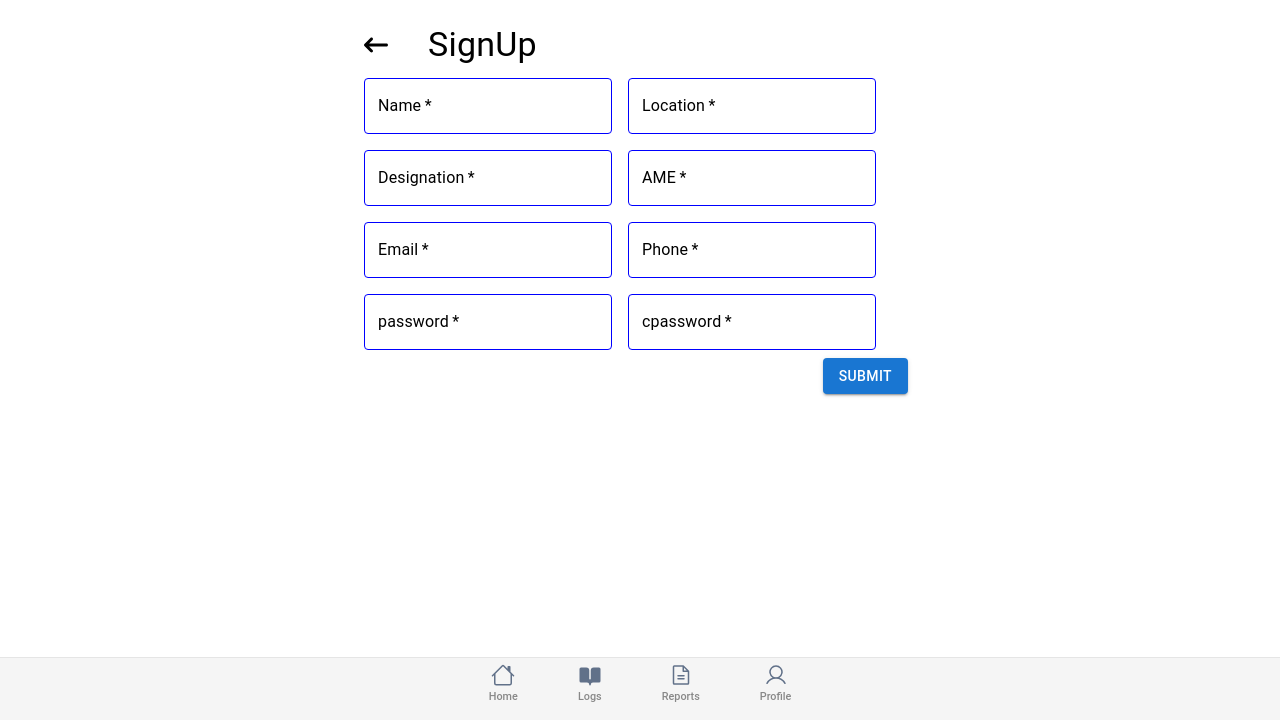
Repository: shash0708/GMR-Lines
Page: /signup (app in frontend/)
These files come from the project's save history. The page is drawn as it stood at one moment and after the next save; the edit follows.
The browser window is 1280 px wide. The pictures show the whole page.
The page's requests for data from a server got no answer. Some web libraries are served in a nearby version. The project was rebuilt for these pictures with package versions that can differ from the ones it lists, and the page was loaded fresh each time. No one was signed in, and anything a server would have sent is missing. Also part of the build but not shown: frontend/src/components/Home/Car.css, frontend/src/components/Home/Car.jsx, frontend/src/components/hooks/useDocumentTitle.js, frontend/src/components/Home/Home.css, frontend/src/components/Home/Home.component.jsx, frontend/src/components/Form/Form.component.jsx, frontend/src/components/Profile/Profile.jsx, frontend/src/components/Card/Card.jsx and 11 more.

Above is the page before, as saved 2024-10-20 14:53:55.

### frontend/public/index.html
<!DOCTYPE html>
<html lang="en">
  <head>
    <meta charset="utf-8" />
    <link rel="icon" href="%PUBLIC_URL%/favicon.ico" />
    <meta name="viewport" content="width=device-width, initial-scale=1" />
    <meta name="theme-color" content="#000000" />
    <meta name="description" content="Web site created using create-react-app" />
    <link rel="apple-touch-icon" href="%PUBLIC_URL%/logo192.png" />
    <!--
      manifest.json provides metadata used when your web app is installed on a
      user's mobile device or desktop. See https://developers.google.com/web/fundamentals/web-app-manifest/
    -->
    <link rel="manifest" href="%PUBLIC_URL%/manifest.json" />
    <!--
      Notice the use of %PUBLIC_URL% in the tags above.
      It will be replaced with the URL of the `public` folder during the build.
      Only files inside the `public` folder can be referenced from the HTML.

      Unlike "/favicon.ico" or "favicon.ico", "%PUBLIC_URL%/favicon.ico" will
      work correctly both with client-side routing and a non-root public URL.
      Learn how to configure a non-root public URL by running `npm run build`.
    -->
    <link href="https://cdn.jsdelivr.net/npm/bootstrap@5.3.3/dist/css/bootstrap.min.css" rel="stylesheet" integrity="sha384-QWTKZyjpPEjISv5WaRU9OFeRpok6YctnYmDr5pNlyT2bRjXh0JMhjY6hW+ALEwIH" crossorigin="anonymous">
    <link rel="stylesheet" href="https://cdnjs.cloudflare.com/ajax/libs/font-awesome/6.0.0-beta3/css/all.min.css">

    <title>Log Book</title>
  </head>
  <script src="https://cdn.jsdelivr.net/npm/bootstrap@5.3.3/dist/js/bootstrap.bundle.min.js" integrity="sha384-YvpcrYf0tY3lHB60NNkmXc5s9fDVZLESaAA55NDzOxhy9GkcIdslK1eN7N6jIeHz" crossorigin="anonymous"></script>
  <script src="https://cdn.jsdelivr.net/npm/@popperjs/core@2.11.8/dist/umd/popper.min.js" integrity="sha384-I7E8VVD/ismYTF4hNIPjVp/Zjvgyol6VFvRkX/vR+Vc4jQkC+hVqc2pM8ODewa9r" crossorigin="anonymous"></script>
  <script src="https://cdn.jsdelivr.net/npm/bootstrap@5.3.3/dist/js/bootstrap.min.js" integrity="sha384-0pUGZvbkm6XF6gxjEnlmuGrJXVbNuzT9qBBavbLwCsOGabYfZo0T0to5eqruptLy" crossorigin="anonymous"></script>
  <script src="https://cdn.tailwindcss.com?plugins=forms,container-queries"></script>

  <body>
    <noscript>You need to enable JavaScript to run this app.</noscript>
    <div id="root"></div>
    <!--
      This HTML file is a template.
      If you open it directly in the browser, you will see an empty page.

      You can add webfonts, meta tags, or analytics to this file.
      The build step will place the bundled scripts into the <body> tag.

      To begin the development, run `npm start` or `yarn start`.
      To create a production bundle, use `npm run build` or `yarn build`.
    -->
  </body>
</html>

### frontend/src/index.js
import React from 'react';
import ReactDOM from 'react-dom/client';
import './index.css';
import App from './App';
import * as serviceWorkerRegistration from './serviceWorkerRegistration';
import reportWebVitals from './reportWebVitals';
import { ThemeProvider, createTheme } from '@mui/material/styles';

const root = ReactDOM.createRoot(document.getElementById('root'));
const theme = createTheme({
  palette: {
    primary: {
      main: '#1976d2',
    },
    secondary: {
      main: '#dc004e',
    },
  },
});
root.render(
  <React.StrictMode>
      <ThemeProvider theme={theme}>

    <App />
    </ThemeProvider>
  </React.StrictMode>
);

// If you want your app to work offline and load faster, you can change
// unregister() to register() below. Note this comes with some pitfalls.
// Learn more about service workers: https://cra.link/PWA
serviceWorkerRegistration.unregister();

// If you want to start measuring performance in your app, pass a function
// to log results (for example: reportWebVitals(console.log))
// or send to an analytics endpoint. Learn more: https://bit.ly/CRA-vitals
reportWebVitals();

### frontend/src/App.js
import './App.css';
import { useState,useEffect } from 'react';
import { BrowserRouter as Router, Route, Routes } from 'react-router-dom';
import 'primereact/resources/themes/saga-blue/theme.css';
import 'primereact/resources/primereact.min.css';
import { PrimeReactProvider } from 'primereact/api';
import Home from '../src/components/Home/Home.component';
import Form from './components/Form/Form.component';
import { ToastContainer } from 'react-toastify';
import 'react-toastify/dist/ReactToastify.css';
import Profile from './components/Profile/Profile.jsx'
import Cards from './components/Card/Card.component';
import Data from './components/Data/Data.component';
import Navbar from './components/Header/Header.component';
import EditProfile from './components/ProfileEdit/ProEdit.jsx';
import Login from './components/Login/Login.component';
import Signup from './components/SignUp/Signup.component';
import PdfComponent from './components/Pdf/PdfComponent';
import { LogsProvider } from './context/LogContext';
import Footer from './components/Footer/Footer.component';
import { useLocation } from 'react-router-dom';
import Logup from './components/Update/Update.jsx'
const App = () => {
  return (
    <LogsProvider>
      <PrimeReactProvider>
        <Router>
          <Content />
          <ToastContainer /> {/* Place this once in your app */}

        </Router>
      </PrimeReactProvider>
    </LogsProvider>
  );
};

const Content = () => {
  const location = useLocation();
  var [showFooter, setShowFooter] = useState(false);

  // Check if the current path is "/form"
  // showFooter = location.pathname !== "/form" ;
  // showFooter = location.pathname !== "/log/:id";



  // const [showFooter, setShowFooter] = useState(true);

  useEffect(() => {
    // Hide the footer for specific paths
    const hideFooterPaths = ["/form", "/log"];

    // Check if the current path matches any path where the footer should be hidden
    const shouldShowFooter = !hideFooterPaths.some((path) =>
      location.pathname.startsWith(path)
    );

    setShowFooter(shouldShowFooter);
  }, [location.pathname]);


  // This function will check the scroll position
  // const handleScroll = () => {
  //   // Show the footer if the user scrolls down more than 100px
  //   if (window.scrollY > 100) {
  //     setShowFooter(true);
  //   } else {
  //     setShowFooter(false);
  //   }
  // };

  // useEffect(() => {
  //   // Add the scroll event listener when the component mounts
  //   window.addEventListener('scroll', handleScroll);

  //   // Cleanup the event listener when the component unmounts
  //   return () => {
  //     window.removeEventListener('scroll', handleScroll);
  //   };
  // }, []); // Empty dependency array ensures this runs only once when the component mounts


  return (
    <>
      <Routes>
        {/* <Navbar/> */}
        <Route path="/" element={<Home />} />
        <Route path='/login' element={<Login />} />
        <Route path='/signup' element={<Signup />} />
        <Route path="/form" element={<Form />} />
        <Route path="/past-records" element={<Cards />} />
        {/* <Route path="/log/:id" element={<Data />} /> */}
        <Route path="/pdf" element={<PdfComponent />} />
        <Route path="/log/:id"   element={<Logup/>}/>
        <Route path="/profile"  element={<Profile/>}/>
        <Route path="/edit" element={<EditProfile/>}/>
      </Routes>
      {showFooter && <Footer />} {/* Conditionally render the footer */}
    </>
  );
};

export default App;

### frontend/src/App.css
body {
    font-family: 'Roboto', sans-serif;

    background-color: white ;
    background-size: cover;
    min-height: 100vh;

  }

### frontend/src/components/SignUp/Signup.component.jsx
import React, { useState } from 'react';
import axios from 'axios';
import {
  TextField,
  MenuItem,
  Select,
  InputLabel,
  FormControl,
  Button,
  Container,
  Typography,
  Grid,
  DialogActions,
} from '@mui/material';
import { FaArrowLeftLong } from 'react-icons/fa6';
import { useNavigate } from 'react-router-dom';
import { toast } from 'react-toastify';

const Signup = () => {
  const [formState, setFormState] = useState({
    Name: '',
    Location: '',
    Designation: '',
    AME: '',
    Email: '',
    Phone: '',
    password:'',
    cpassword:'',

  });
  const navigate = useNavigate();
  const URL = 'your_api_url_here'; // Replace with your API URL

  // Handle input change
  const handleInputChange = (e) => {
    const { name, value } = e.target;
    setFormState((prevState) => ({ ...prevState, [name]: value }));
  };

  // Function to create a user and store AME in localStorage
  const handleCreateUser = async () => {
    try {
      const response = await axios.post(`${URL}/api/createuser`, formState, {
        headers: {
          'Content-Type': 'application/json',
        },
      });

      // Assuming the response contains the AME in the response data
      const { AME } = response.data;

      // Store AME in localStorage
      localStorage.setItem('AME', AME);

      toast.success('User created successfully!');
      navigate('/profile'); // Redirect to profile or another page after creation
    } catch (error) {
      toast.error('Error creating user');
      console.error('Error creating user:', error);
    }
  };

  return (
    <Container
      maxWidth="sm"
      sx={{
        backgroundColor: 'white',
        padding: 3,
        borderRadius: 2,
        boxShadow: 'none',
      }}
    >
      <Typography
        variant="h4"
        gutterBottom
        sx={{
          color: 'Black',
          textAlign: 'center',
          display: 'flex',
          alignItems: 'center',
          gap: '40px',
        }}
      >
        <FaArrowLeftLong
          style={{ fontSize: '24px' }}
          onClick={() => window.history.back()}
        />
SignUp      </Typography>
      <form>
        <Grid container spacing={2}>
          {Object.keys(formState)
            .filter((field) => !['Id', 'createdAt', 'updatedAt', '__v'].includes(field)) // Filter out unwanted fields
            .map((field) =>
              field === 'TOM' || field === 'CPU' ? (
                <Grid item xs={12} key={field}>
                  <FormControl fullWidth>
                    <InputLabel
                      id={`${field}-label`}
                      sx={{ color: 'Black' }}
                    >
                      {field}
                    </InputLabel>
                    <Select
                      labelId={`${field}-label`}
                      id={field}
                      name={field}
                      value={formState[field] || ''} // Ensure the value is set, defaulting to an empty string
                      onChange={handleInputChange}
                      required
                      sx={{
                        '& .MuiSelect-select': {
                          color: 'black',
                          backgroundColor: 'white',
                        },
                        '& .MuiOutlinedInput-notchedOutline': {
                          borderColor: 'blue',
                        },
                        '& .MuiSelect-icon': { color: 'white' },
                        '& .MuiFormLabel-root.Mui-focused': {
                          color: 'white',
                        },
                        '& .MuiOutlinedInput-root.Mui-focused .MuiOutlinedInput-notchedOutline':
                          {
                            borderColor: 'blue',
                          },
                      }}
                    ></Select>
                  </FormControl>
                </Grid>
              ) : (
                <Grid item xs={12} key={field}>
                  <TextField
                    fullWidth
                    label={field}
                    id={field}
                    name={field}
                    value={formState[field] || ''} // Ensure value defaults to empty string to avoid uncontrolled component issues
                    onChange={handleInputChange}
                    required={field !== 'OP'}
                    multiline={field === 'CPU' || field === 'OP'}
                    rows={field === 'CPU' || field === 'OP' ? 4 : 1}
                    sx={{
                      '& .MuiInputBase-root': { color: 'Black' },
                      '& .MuiInputBase-input': { color: 'Black' },
                      '& .MuiFormLabel-root': { color: 'Black' },
                      '& .MuiOutlinedInput-root': {
                        '& fieldset': { borderColor: 'blue' },
                        '&:hover fieldset': { borderColor: 'Black' },
                        '&.Mui-focused fieldset': { borderColor: 'Black' },
                      },
                    }}
                  />
                </Grid>
              )
            )}
        </Grid>
        <DialogActions>
          <Button
            onClick={handleCreateUser}
            color="primary"
            variant="contained"
          >
            Submit
          </Button>
        </DialogActions>
      </form>
    </Container>
  );
};

export default Signup;

### frontend/src/context/LogContext.js
// LogsContext.js
import React, { createContext, useState, useEffect } from 'react';
import axios from 'axios';
import URL from '../components/config';
const LogsContext = createContext();

export const LogsProvider = ({ children }) => {
  const [logs, setLogs] = useState([]);
  const [filteredLogs, setFilteredLogs] = useState([]);
  const [searchTerm, setSearchTerm] = useState('');
  const [selectedLogs, setSelectedLogs] = useState([]);

  useEffect(() => {
    const fetchLogs = async () => {
      try {
        const response = await axios.get(`${URL}/getlogs/entries`, {
          headers: {
            'auth-token': localStorage.getItem('token'),
          },
        });

        setLogs(response.data);
        setFilteredLogs(response.data);
      } catch (error) {
        console.error('Error fetching logs:', error);
      }
    };
    fetchLogs();
  }, []);

  useEffect(() => {
    const handleSearch = () => {
      const lowerCaseSearchTerm = searchTerm.toLowerCase();
      const filtered = logs.filter((log) => {
        const logId = String(log.Toa);
        return logId.toLowerCase().includes(lowerCaseSearchTerm);
      });
      setFilteredLogs(filtered);
    };

    handleSearch();
  }, [searchTerm, logs]);

  const handleSelect = (log) => {
    setSelectedLogs((prev) => {
      const isSelected = prev.includes(log);
      if (isSelected) {
        return prev.filter((selectedLog) => selectedLog !== log);
      }

      if (prev.length >= 7) {
        return prev;
      }

      return [...prev, log];
    });
  };

  return (
    <LogsContext.Provider
      value={{
        logs,
        filteredLogs,
        searchTerm,
        setSearchTerm,
        selectedLogs,
        handleSelect,
        setFilteredLogs,
      }}
    >
      {children}
    </LogsContext.Provider>
  );
};

export default LogsContext;

### frontend/src/components/Footer/Footer.component.jsx
import React from 'react';
import { NavLink } from 'react-router-dom';  // Import NavLink from react-router-dom
import './Footer.css';

const Footer = () => {
  return (
    <footer className="footer">
      {/* Navigation Links Section */}
      <div className="nav-container">

        {/* Home Link */}
        <NavLink
          className="nav-link"
          to="/"
          activeClassName="active"
          exact
        >
         <svg xmlns="http://www.w3.org/2000/svg" width="16" height="16" fill="currentColor" class="bi bi-house" viewBox="0 0 16 16">
  <path d="M8.707 1.5a1 1 0 0 0-1.414 0L.646 8.146a.5.5 0 0 0 .708.708L2 8.207V13.5A1.5 1.5 0 0 0 3.5 15h9a1.5 1.5 0 0 0 1.5-1.5V8.207l.646.647a.5.5 0 0 0 .708-.708L13 5.793V2.5a.5.5 0 0 0-.5-.5h-1a.5.5 0 0 0-.5.5v1.293zM13 7.207V13.5a.5.5 0 0 1-.5.5h-9a.5.5 0 0 1-.5-.5V7.207l5-5z"/>
</svg>
          <p>Home</p>
        </NavLink>

        {/* Logs Link */}
        <NavLink
          className="nav-link"
          to="/past-records"
          activeClassName="active"
        >
          <svg xmlns="http://www.w3.org/2000/svg" viewBox="0 0 256 256">
            <path d="M240,64V192a16,16,0,0,1-16,16H160a24,24,0,0,0-24,24,8,8,0,0,1-16,0,24,24,0,0,0-24-24H32a16,16,0,0,1-16-16V64A16,16,0,0,1,32,48H88a32,32,0,0,1,32,32v88a8,8,0,0,0,16,0V80a32,32,0,0,1,32-32h56A16,16,0,0,1,240,64Z" />
          </svg>
          <p>Logs</p>
        </NavLink>

        {/* Reports Link */}
        <NavLink
          className="nav-link"
          to="/reports"
          activeClassName="active"
        >
          <svg xmlns="http://www.w3.org/2000/svg" viewBox="0 0 256 256">
            <path d="M213.66,82.34l-56-56A8,8,0,0,0,152,24H56A16,16,0,0,0,40,40V216a16,16,0,0,0,16,16H200a16,16,0,0,0,16-16V88A8,8,0,0,0,213.66,82.34ZM160,51.31,188.69,80H160ZM200,216H56V40h88V88a8,8,0,0,0,8,8h48V216Zm-32-80a8,8,0,0,1-8,8H96a8,8,0,0,1,0-16h64A8,8,0,0,1,168,136Zm0,32a8,8,0,0,1-8,8H96a8,8,0,0,1,0-16h64A8,8,0,0,1,168,168Z" />
          </svg>
          <p>Reports</p>
        </NavLink>

        {/* Profile Link */}
        <NavLink
          className="nav-link"
          to="/profile"
          activeClassName="active"
        >
          <svg xmlns="http://www.w3.org/2000/svg" viewBox="0 0 256 256">
            <path d="M230.92,212c-15.23-26.33-38.7-45.21-66.09-54.16a72,72,0,1,0-73.66,0C63.78,166.78,40.31,185.66,25.08,212a8,8,0,1,0,13.85,8c18.84-32.56,52.14-52,89.07-52s70.23,19.44,89.07,52a8,8,0,1,0,13.85-8ZM72,96a56,56,0,1,1,56,56A56.06,56.06,0,0,1,72,96Z" />
          </svg>
          <p>Profile</p>
        </NavLink>

      </div>
    </footer>
  );
};

export default Footer;

### frontend/src/components/config.js
// src/config.js
const URL = " http://localhost:5000";

export default URL;

// `${URL}

### frontend/src/components/Profile/Profile.css
.Profile{
    font-family: Arial, sans-serif;
    /* background-color: #ffffff; */
    position: absolute;
    top: 40px;
    left: 10px;
    margin-top:0px;
    font-weight: 200px;

    font-size: 20px;

    color:black;
    height: auto;

}

.settings{
    position: absolute;
    left:310px
}
.babes {
    font-family: Arial, sans-serif;
    /* background-color: #ffffff; */
    margin-top:20px;
    height: auto;
    overflow-y: auto; /* Enable vertical scrolling if content overflows */

    display: flex;
    justify-content: center;
    align-items: center;
  }

  .profile-container {
    background-color: white;
    border-radius: 10px;
    margin-top: 50px;
    /* box-shadow: 0 4px 8px rgba(0, 0, 0, 0.1); */
    width: 100%;
    height:100vh;

    padding: 20px;
  }

  .profile-header {
    text-align: center;
    margin-bottom: 20px;
  }

  .profile-image {
    width: 100px;
    height: 100px;
    display: flex;
    align-items:center;
    justify-content: center;
    position:relative;
    margin-left: 110px;
    border-radius: 50%;
    object-fit: cover;
  }

  h1 {
    font-size: 1.5em;
    margin: 10px 0;
  }

  p {
    color: #888;
    font-size: 0.9em;
  }

  .edit-button {
    background-color: #d1cdcd;
    border: none;
    padding: 10px 20px;
    border-radius: 10px;
    cursor: pointer;
    margin-top: 10px;
    width:100%;
    font-weight: bold;
  }

  .edit-button:hover {
    background-color: #e0e0e0;
  }

  .profile-options {
    /* border-top: 3px solid #ddd; */
    padding-top: 10px;
    height:30vh;
  }

  .profile-option {
    display: flex;
    justify-content: space-between;
    padding: 10px 0;
    border:2px ;
    cursor: pointer;

    border-bottom: 1px solid #ddd;
    align-items: center;
    /* border-bottom: 1px solid #ddd; */
  }

  .profile-option:last-child {
    border-bottom: none;
  }

  .profile-option:hover {
    background-color: #f9f9f9;


  }
  .collapse-content {
    padding: 10px;
    border-left: 2px solid #ddd;
    margin-left: 10px;
    font-size: 0.9em;
    color: #555;
    overflow: auto; /* Allow scrolling if content is too long */
    max-height: 400px; /* Optional: Limit height before scrolling */
    transition: max-height 0.3s ease; /* Smooth transition when collapsing/expanding */
}

  .option-header {
    display: flex;
    justify-content: space-between;
    align-items: center;
    padding: 10px; /* Add some padding for better spacing */

  }
  .option-text {
    margin-right: 10px; /* Adjust this value to control the space */
    flex-grow: 1; /* Make the text take up available space */
  }
  /* Arrow styling */
  .arrow {
    margin-left: auto; /* Push the arrow to the extreme right */

    transition: transform 0.3s ease;
  }

  .arrow.up {
    transform: rotate(180deg); /* Rotate the arrow upside-down */
  }

  .arrow.down {
    transform: rotate(0deg); /* Default state with down arrow */
  }

### frontend/src/components/Footer/Footer.css
/* Footer Styles */
.footer {
    background-color: #f5f5f5;
    color: #111418;
    position: fixed;
    bottom: 0;
    left: 0;
    right: 0;
    width: 100%;
  }

  /* Container for the navigation links */
  .footer .nav-container {
    display: flex;
    justify-content: center;
    gap: 60px;
    border-top: 1px solid #e5e5e5;
    padding-top: 5px;
    padding-bottom: 5px;
    margin-bottom: 10px;
}
  /* Individual navigation links */
  .footer a {
    display: flex;
    flex-direction: column;
    align-items: center;
    gap: 2px;
    color: #617189;
    text-decoration: none;
    font-size: 12px;
    font-weight: 500;
  }

  .footer a.active {
    color: #111418;
  }

  /* Icon size adjustment */
  .footer svg {
    width: 24px;
    height: 24px;
    fill: currentColor;
  }


  /* Style for the footer links */
.nav-link {
    color:black; /* Default color */
  }

  /* Active state styling */
  .nav-link.active {
    color: white;  /* Highlight color when active */
  }

### frontend/tailwind.config.js
/** @type {import('tailwindcss').Config} */
module.exports = {
  content: [
    "./src/**/*.{js,ts,jsx,tsx}",  // Adjust the paths as needed
    "./public/**/*.html",           // Include HTML files if used
  ],
  theme: {
    extend: {
      // Custom theme extensions go here
      colors: {
        primary: '#ff6347',  // Example custom color
      },
      fontFamily: {
        sans: ['Helvetica', 'Arial', 'sans-serif'],
      },
    },
  },
  plugins: [
    // Add any Tailwind CSS plugins here
  ],
};


module.exports ={
  "compilerOptions": {
    "baseUrl": ".",
    "paths": {
      "@/*": ["src/*"]
    }
  }
}

Loaded but not shown: frontend/src/index.css (common file); frontend/src/reportWebVitals.js (common file); frontend/src/serviceWorkerRegistration.js (137 lines, source omitted); frontend/src/components/Data/Data.css (no stored copy; drawn as an empty file)

After the next save:
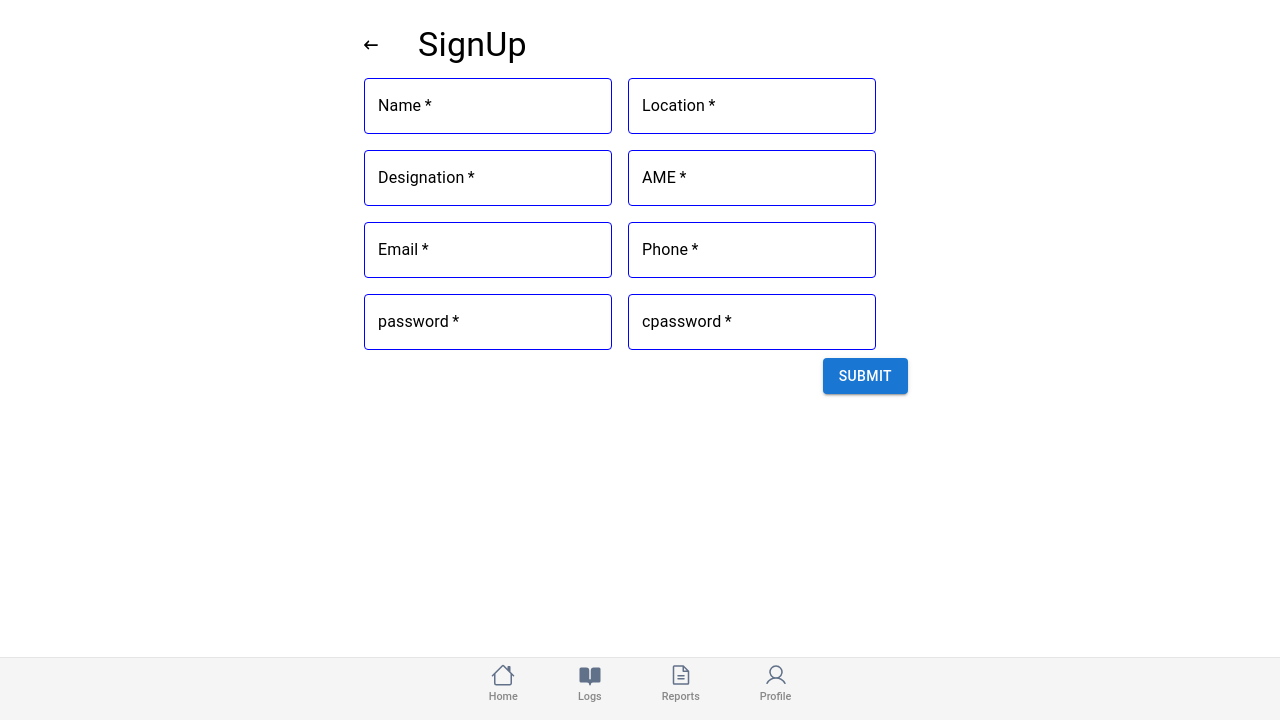
Saved 4 s later.
--- a/frontend/src/components/SignUp/Signup.component.jsx
+++ b/frontend/src/components/SignUp/Signup.component.jsx
@@ -82,7 +82,7 @@ const Signup = () => {
         }}
       >
         <FaArrowLeftLong
-          style={{ fontSize: '24px' }}
+          style={{ fontSize: '14px' }}
           onClick={() => window.history.back()}
         />
 SignUp      </Typography>
